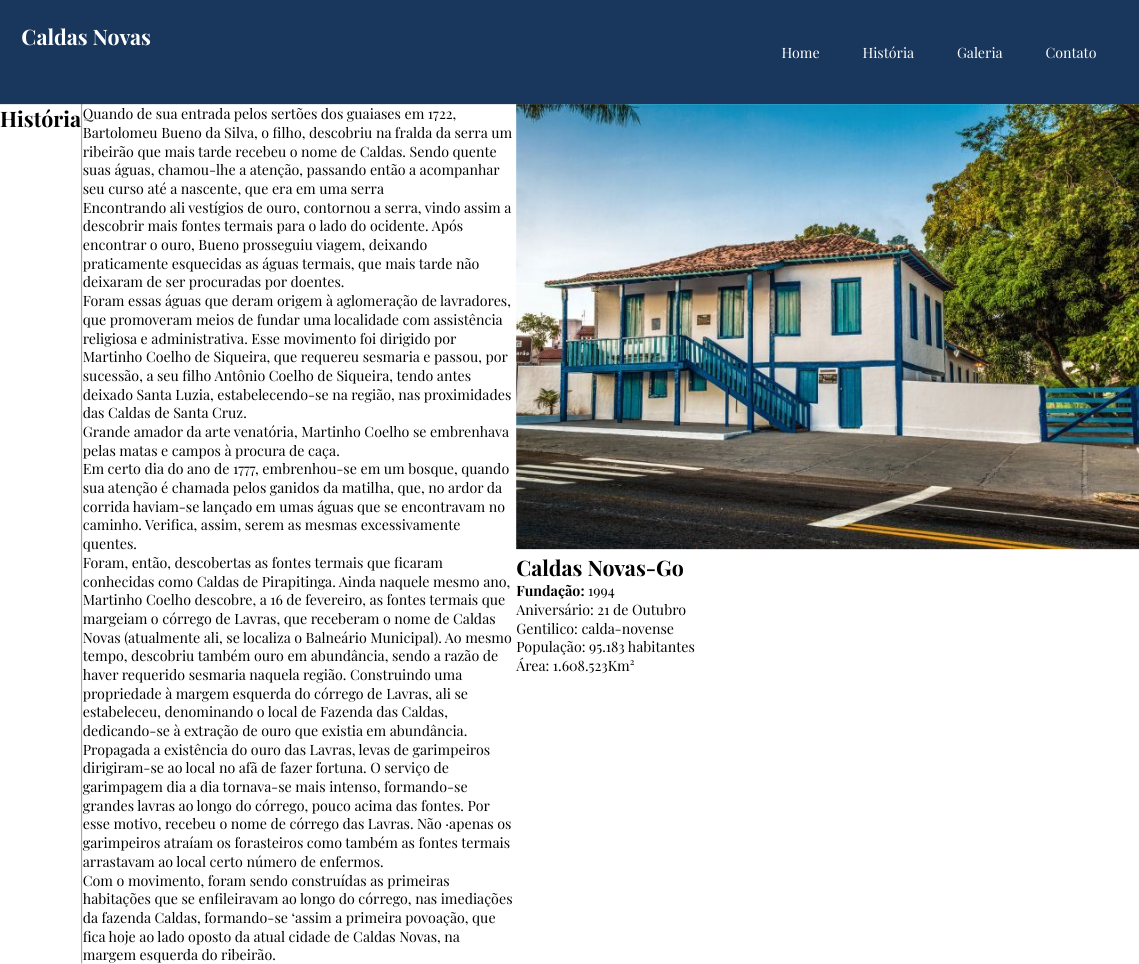
Repository: AbiezerSidonioJoseOdanacaJunior/DesafioLocalTuristico
Page: index.html
These files come from the project's save history. The page is drawn as it stood at one moment and after the next save; the edit follows.
The browser window is 1280 px wide. The pictures show the whole page, at 89% of full size.
Some web fonts or font styles are not loaded; a fallback is used.

Above is the page before, as saved 2024-11-11 15:41:27.

After the next save:
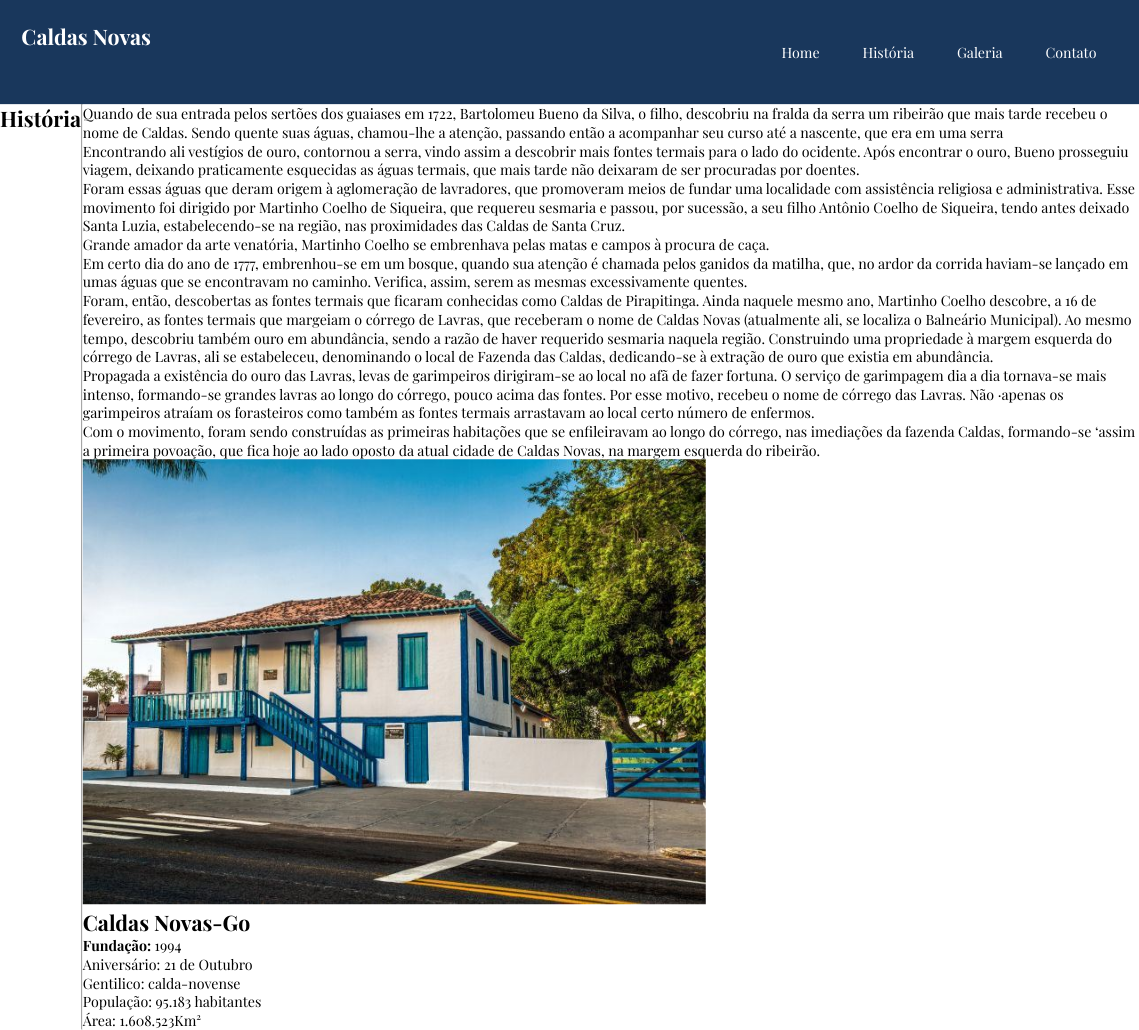
Saved 91 s later.
--- a/index.html
+++ b/index.html
@@ -25,6 +25,7 @@
             <section id="history">
                 <h1>História</h1>
                 <hr>
+               <div id="about">
                 <div id="text-history">
                     <p>Quando de sua entrada pelos sertões dos guaiases em 1722, Bartolomeu Bueno da Silva, o filho, descobriu na fralda da serra um ribeirão que mais tarde recebeu o nome de Caldas. Sendo quente suas águas, chamou-lhe a atenção, passando então a acompanhar seu curso até a nascente, que era em uma serra</p>
                     <p>Encontrando ali vestígios de ouro, contornou a serra, vindo assim a descobrir mais fontes termais para o lado do ocidente. Após encontrar o ouro, Bueno prosseguiu viagem, deixando praticamente esquecidas as águas termais, que mais tarde não deixaram de ser procuradas por doentes.</p>
@@ -44,6 +45,7 @@
                     <p>População: 95.183 habitantes</p>
                     <p>Área: 1.608.523Km²</p>
                 </div>
+               </div>
             </section>
         </main>
     </div>
